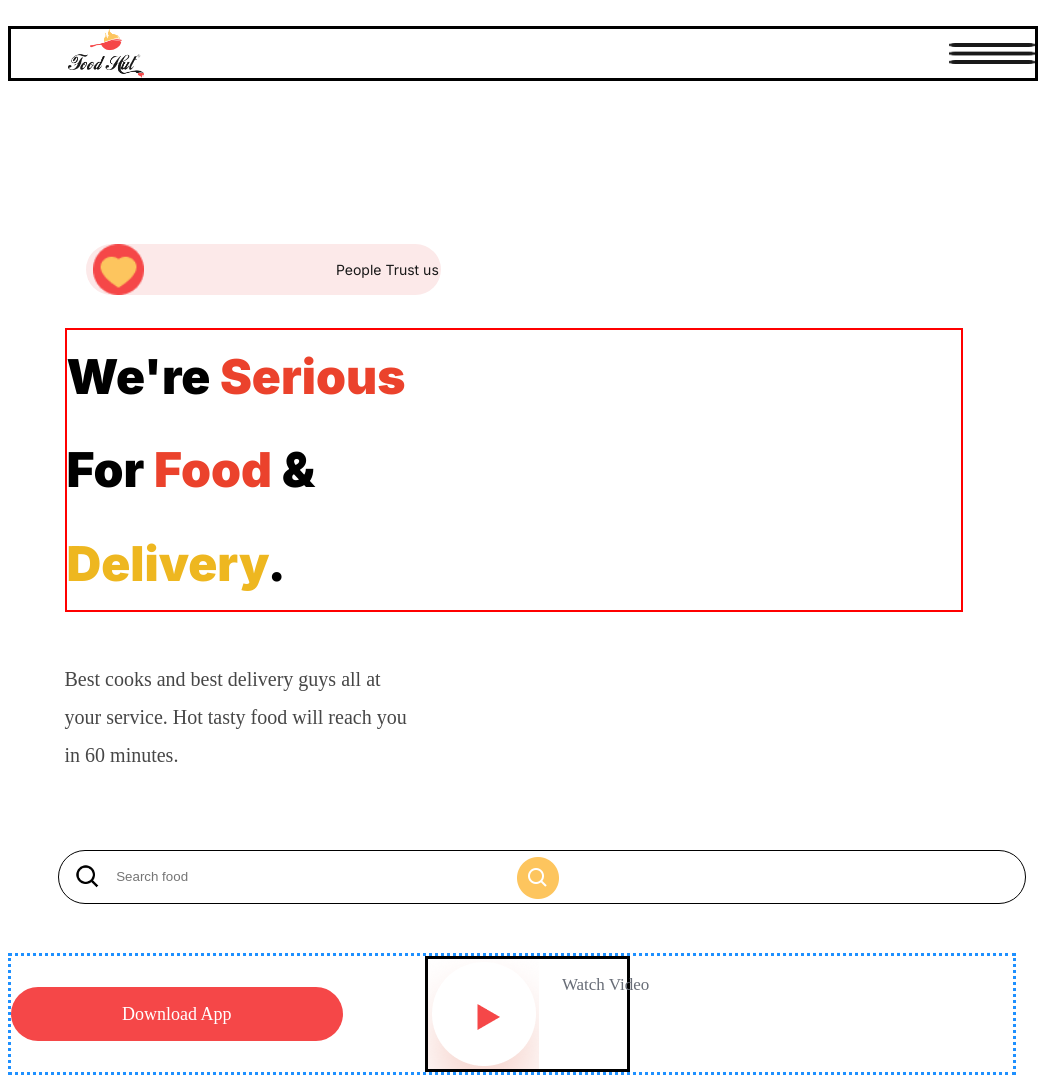
Repository: ReyhanehRahmani/Food-Hut
Page: FoodHut.html
The author's editor kept a copy of each file at every save. The page is drawn from the files as they stood at one save, then again after the next save.
The browser window is 1024 px wide. The page is 1038 px wide, so the pictures cover 1038 px, including what lies to the right of the window. The pictures show the whole page.
Some web fonts or font styles are not loaded; a fallback is used.

Above is the page before, as saved 2025-05-28 23:58:09.

### FoodHut.html
<!DOCTYPE html>

<html lang="en">

    <head>

    <meta name="viewport" content="width=device-width, initial-scale=1.0" />

        <title>Food Hut</title>

        <link rel="icon" type="image/jpg" href="favicon.png">

        <link rel="preconnect" href="https://fonts.googleapis.com">

        <link rel="stylesheet" href="FoodHut.css">

        <link rel="preconnect" href="https://fonts.googleapis.com">

        <link rel="preconnect" href="https://fonts.gstatic.com" crossorigin>

        <link href="https://fonts.googleapis.com/css2?family=Inter:ital,opsz,wght@0,14..32,100..900;1,14..32,100..900&display=swap" rel="stylesheet">

        <link rel="preconnect" href="https://fonts.googleapis.com">

        <link rel="preconnect" href="https://fonts.gstatic.com" crossorigin>

        <link href="https://fonts.googleapis.com/css2?family=Sofia+Sans:ital,wght@0,1..1000;1,1..1000&display=swap" rel="stylesheet">

    </head>

    <body>

        <div class="headh">
            <img src="favicon.png" alt="Food Hut logo" class="FoodHutLogo">

            <div class="navlaptop">
                    <p class="mm">Today special offers</p>
                    <p class="mm">Why FoodHut</p>
                    <p class="mm">Our Menu</p>
                    <p class="mm">Our Popular food</p>

            </div>
            <div class="downloadbt"><p>Download App</p></div>
            <img src="slider.png" id="slider">
        </div>



        <div class="maincontainer">
            <div class="container1">

                <div id="HeartBox">
                    <img id="Heart" src="ghalb.png" style="margin-left: 3px;" >
                    <p id="trust">People Trust us</p>
                </div>

                <p id="BigBox1">
                    We're <spsn style="color: rgb(235, 66, 44);">Serious</spsn> <br> For <span style="color: rgb(235, 66, 44);">Food</span> & <br><span style="color: rgb(238, 183, 32);">Delivery</span>.
                </p>
                <p id="BigBox1laptop">
                    We're <spsn style="color: rgb(235, 66, 44);">Serious</spsn>  For <br><span style="color: rgb(235, 66, 44);">Food</span> & <span style="color: rgb(238, 183, 32);">Delivery</span>.
                </p>

                <p id="text1">
                    Best cooks and best delivery guys all at <br>your service. Hot tasty food will reach you<br>in 60 minutes.
                </p>
                <p id="text1laptop">
                    Best cooks and best delivery guys all at your <br>service. Hot tasty food will reach you in 60<br>minutes.
                </p>
                <div class="searchbox">
                    <img src="zarebin2.png" id="zarebin2">
                    <input class="inin" type="text" minlength="3" maxlength="30" placeholder="Search food"></input>
                    <button class="butbut"><img src="zarebin.png" id="zarebin"></button>
                </div>


                <div id="PlayBox">
                    <div id="download"><p>Download App</p></div>
                    <div id="bori1">
                    <img src="playb.png" id="PlayButton">
                    <p id="Watch">Watch Video</p>
                    </div>
                </div>

            </div>
            <img src="pic1.png" id="pic1laptop">

        </div>






    </body>

</html>

### FoodHut.css
/*font family - font size - align items like heart*/

@media screen and (max-width: 1279px){



body {
    font-family: "Inter", sans-serif;

}

.headh{
    border: solid;
    display: flex;
    justify-content: space-between;
    width: 100vw;
    height: 6.739130435vh;
    align-items: center;
    margin-top: 2.608695652%;
}


.FoodHutLogo{
    margin-left: 5.607476636%;
    height: 100%;
}

#slider{
    width: 8.411214953%;
    height: 43.548387097%;
}

/*#NavbarSlider{
    margin-top: 41px;
    margin-right: 5.6vw;
    float: right;
    position: fixed;
    border: 2px solid red;
}

.slider{
    width: 36px;
    height: 5px;
    border-radius: 17px;
    display: flex;
    justify-content: space-between;
    flex-direction: column;
    gap: 6px;
    background: rgba(25, 25, 25, 1);
    margin-right: 24px;

}*/



#HeartBox{
    display: flex;
    justify-content: space-between;
    gap: 1.438848921%;
    width: 35.226415094%;
    height: 4.261796043%;
    align-items: center;
    border-radius: 100px;
    white-space: nowrap;
    background-color: #fce9e9;
    margin-top: 16.228070175%;
    margin-left: 7.710280374%;
}

#trust{
    font-weight: 400;
    font-size: 0.875rem;
    line-height: 100%;
    letter-spacing: 0%;
    /*align-items: center;
    justify-content: center;*/
    color: rgba(25, 25, 25, 1);
    margin-right: 2px;

}

#Heart{
    position: static;
    width: 14.288489209%;
    height: 71.428571429%;
    padding-left: 1.168224299%;
    align-self: center;
}

#BigBox1{
    width: 88.785046729%;
    height: 21.058315335%;
    align-content: center;
    margin-top: 3.225806452%;
    margin-left: 5.607476636%;
    border: 2px solid red;
    font-weight: 900;
    font-size: 3rem;
    line-height: 195%;
    letter-spacing: 0%;
    font-family: "Inter";
}

/*#Box1Paragragh{
    font-weight: 900;
    font-size: 48px;
    line-height: 195%;
    letter-spacing: 0%;
}*/

#text1{
    width: 88.551401869%;
    height: 8.804347826%;
    margin-top: 4.347826087%;
    margin-left: 5.607476636%;
    opacity: 0.8;
    font-family: "Sofia Sans";
    font-weight: 400;
    font-size: 1.25rem;
    line-height: 190%;
    letter-spacing: -1%;
    color: #191919;
    white-space: nowrap;

}

#text1laptop{
    display: none;
}

.searchbox{
    border: solid;
    display: flex;
    border-width: 0.5px;
    border-radius: 100px;
    align-items: center;
    height: 8.709677419%;
    margin-top: 4.35483871;
    width: 95.785046729%;
    margin-left: 4.979253112%;
    margin-top: 7.476635514%;

}

.searchbox .inin{
    border: 0px;
    margin-left: 12px;

}

.searchbox .butbut{
    border: 0px;
    background-color: rgba(127, 255, 212, 0);
    margin-left: 22.324840764%;
}

#zarebin{
    height: 42px;
    padding-top: 5px;

}

#zarebin2{
    width: 28px;
    height: 28px;
    margin-left: 15px;

}

#PlayBox{
    display: flex;
    height: 5.652173913%;
    margin-top: 4.838709677%;
    align-items: center;
    border: dodgerblue, dotted;

}

#download{
    width: 33.085106383%;
    height: 86.538461538%;
    border-radius: 100px;
    background-color: #F54748;
    font-family: "Sofia Sans";
    text-align: center;
    margin-top: 1px;
    color: #FFFFFF;
    font-weight: 400;
    font-size: 18px;
    line-height: 100%;
    letter-spacing: 0px;
    text-transform: capitalize;

}

#bori1{
    display: flex;
    margin-left: 8.244680851%;
    height: 100%;
    justify-content: space-between;
    gap: 11.475409836%;
    border: solid;
}

#Watch{
    font-family: "Sofia Sans";
    font-weight: 300;
    font-size: 17px;
    line-height: 100%;
    letter-spacing: 0%;
    color: #686D77;
    white-space: nowrap;

}

#PlayButton{
    height: 14%;
}

.navlaptop{
    display: none;
}

.downloadbt{
    display: none;
}

#BigBox1laptop{
    display: none;
}

#pic1laptop{
    display: none;
}

}


@media screen and (min-width: 1280px){

body{
    position: relative;
}

.headh{
    display: flex;
    position: relative;
    align-items: center;
    margin-top: 2.46343341%;
}

.headh .FoodHutLogo{
    width: 8.402777778%;
    height: 6.004618938%;
    margin-left: 5.46875%;

}

.navlaptop {
    display: flex;
    gap: 7.575757576%;
    align-items: center;
    margin-left: 20.75%;

}

.navlaptop .mm{
    font-family: "Sofia Sans";
    font-weight: 400;
    font-size: 1.125rem;
    line-height: 100%;
    letter-spacing: 0px;
    text-transform: capitalize;
    color: #191919;
    white-space: nowrap;
}

.downloadbt{
    position: absolute;
    width: 11.25%;
    line-height: 100%;
    height: 57.692307692%;
    border-radius: 100px;
    background-color: #F54748;
    font-family: "Sofia Sans";
    text-align: center;
    margin-top: 1px;
    color: #FFFFFF;
    font-weight: 400;
    font-size: 18px;
    letter-spacing: 0px;
    text-transform: capitalize;
    margin-left: 84.513888889%;


}

.maincontainer{
    display: flex;
    justify-content: space-between;


}

.container1{
    margin-left: 4.861111111%;
    display: block;
    align-content: center;

}

#HeartBox{
    display: flex;
    justify-content: space-between;
    width: 28.226415094%;
    height: 4.261796043%;
    align-items: center;
    border-radius: 100px;
    white-space: nowrap;
    background-color: #fce9e9;
}

#trust{
    margin-right: 2px;
}

#BigBox1laptop{
    font-family: "Inter";
    font-weight: 900;
    font-size: 3.625rem;
    line-height: 100%;
    letter-spacing: 0%;
    margin-top: 3.04414003%;

}

#BigBox1{
    display: none;
}

#Heart{
    height: 20px;
    width: 20px;
}

#trust{
    font-family: Inter;
    font-weight: 400;
    font-size: 0.875rem;
    line-height: 100%;
    letter-spacing: 0%;

}

#text1{
    font-family: "Sofia Sans";
    font-weight: 400;
    font-size: 1.5rem;
    line-height: 100%;
    letter-spacing: -1%;
    opacity: 0.8;
    margin-top: 3.877419355%;
    color: #191919;

}


.searchbox{
    border: solid;
    display: flex;
    border-width: 0.5px;
    border-radius: 100px;
    align-items: center;
    height: 8.709677419%;
    margin-top: 4.35483871;

}

.searchbox .inin{
    border: 0px;
    margin-left: 12px;

}

.searchbox .butbut{
    border: 0px;
    background-color: rgba(127, 255, 212, 0);
    margin-left: 41.324840764%;
}

#zarebin{
    height: 42px;
    padding-top: 5px;

}

#zarebin2{
    width: 28px;
    height: 28px;
    margin-left: 15px;

}

#pic1laptop{
    width: 47.847222222%;
    height: auto;
}

#PlayBox{
    display: flex;
    height: 8.387096774%;
    margin-top: 4.838709677%;
    align-items: center;
}

#download{
    width: 33.085106383%;
    height: 86.538461538%;
    border-radius: 100px;
    background-color: #F54748;
    font-family: "Sofia Sans";
    text-align: center;
    margin-top: 1px;
    color: #FFFFFF;
    font-weight: 400;
    font-size: 18px;
    line-height: 100%;
    letter-spacing: 0px;
    text-transform: capitalize;


}

#bori1{
    display: flex;
    margin-left: 8.244680851%;
    height: 100%;
    justify-content: space-between;
    gap: 11.475409836%;
}

#Watch{
    font-family: "Sofia Sans";
    font-weight: 300;
    font-size: 17px;
    line-height: 100%;
    letter-spacing: 0%;
    color: #686D77;
    white-space: nowrap;

}

#PlayButton{
    height: 100%;
}
}

After the next save:
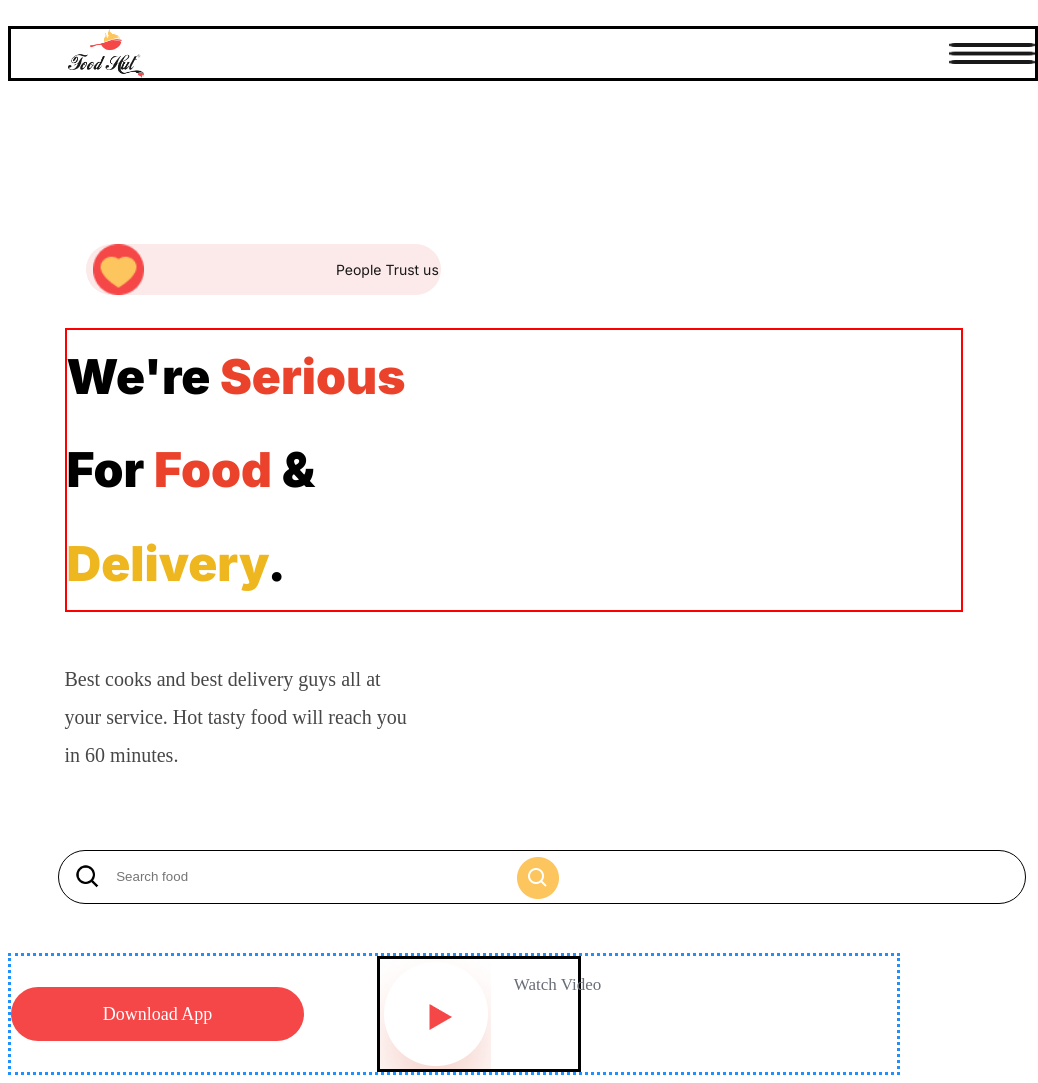
Saved 2 min 0 s later.
--- a/FoodHut.css
+++ b/FoodHut.css
@@ -173,6 +173,7 @@ body {
     margin-top: 4.838709677%;
     align-items: center;
     border: dodgerblue, dotted;
+    width: 87.85046729%;
 
 }
 
@@ -214,7 +215,7 @@ body {
 }
 
 #PlayButton{
-    height: 14%;
+    height: ;
 }
 
 .navlaptop{
